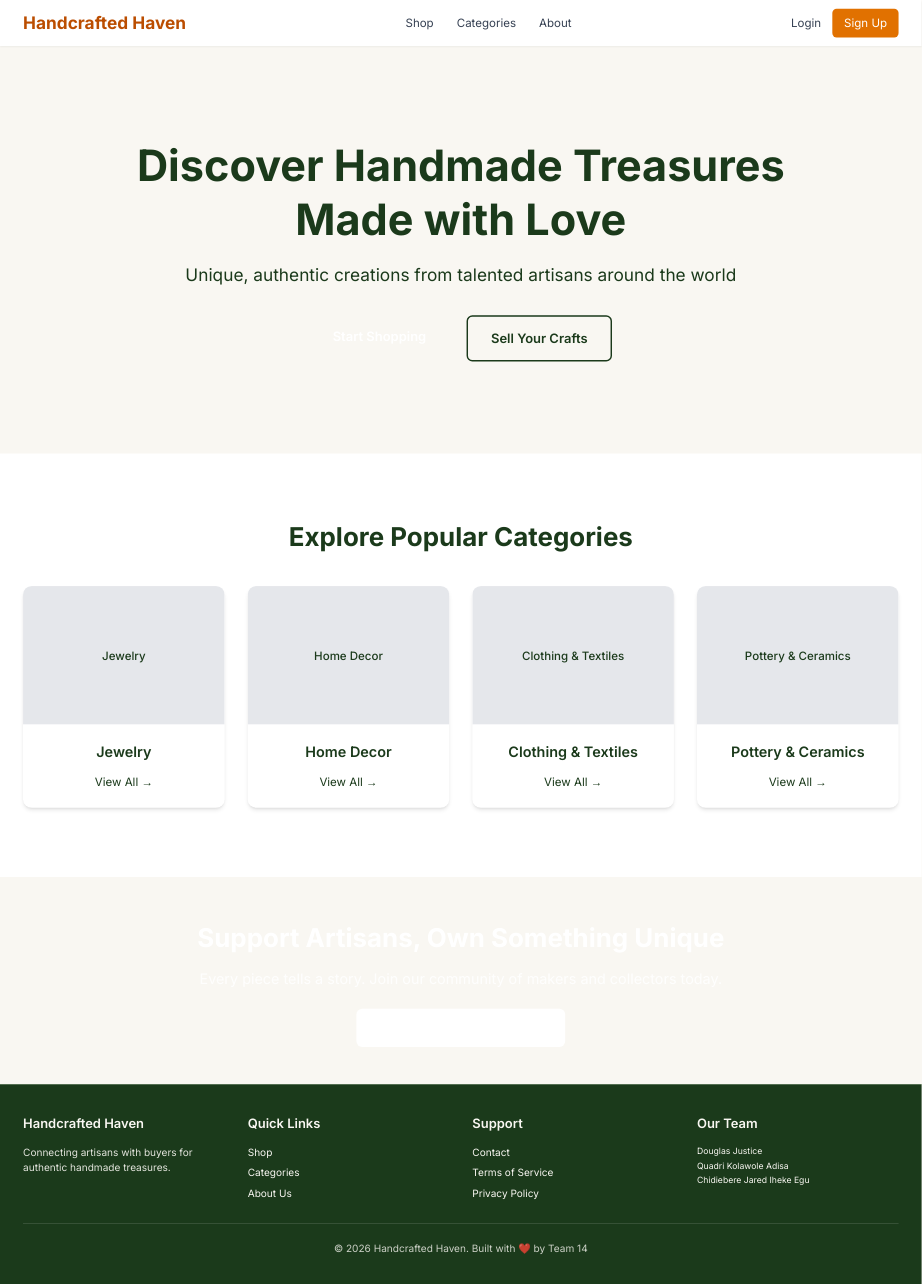
Repository: kobbybhills/handcrafted-haven
Page: /
The author's editor kept a copy of each file at every save. The page is drawn from the files as they stood at one save, then again after the next save.
The browser window is 1280 px wide. The pictures show the whole page, at 72% of full size.
The project was rebuilt for these pictures with package versions that can differ from the ones it lists, and the page was loaded fresh each time. The framework's server and built-in components were replaced by stand-ins that run in the browser. Also part of the build but not shown: next.config.ts.

Above is the page before, as saved 2026-03-26 15:59:19.

### src/app/page.tsx
import "./globals.css";
import Image from "next/image";

export default function Home() {
  return (
    <main className="min-h-screen bg-haven-cream">
      {/* Hero Section */}
      <section className="relative bg-gradient-to-br from-haven-cream via-haven-cream to-haven-green/10 py-20 md:py-32">
        <div className="max-w-7xl mx-auto px-4 sm:px-6 lg:px-8 text-center">
          <h1 className="text-4xl md:text-6xl font-bold text-haven-dark-green mb-6 leading-tight">
            Discover Handmade Treasures <br />
            Made with Love
          </h1>
          <p className="text-xl md:text-2xl text-haven-terracotta mb-10 max-w-3xl mx-auto">
            Unique, authentic creations from talented artisans around the world
          </p>

          <div className="flex flex-col sm:flex-row justify-center gap-6">
            <a
              href="/shop"
              className="bg-haven-terracotta text-white px-8 py-4 rounded-lg font-semibold text-lg hover:bg-haven-terracotta/90 transition"
            >
              Start Shopping
            </a>
            <a
              href="/sell"
              className="bg-transparent border-2 border-haven-dark-green text-haven-dark-green px-8 py-4 rounded-lg font-semibold text-lg hover:bg-haven-dark-green hover:text-white transition"
            >
              Sell Your Crafts
            </a>
          </div>
        </div>
      </section>

      {/* Featured Categories (placeholder cards) */}
      <section className="py-16 md:py-24 bg-white">
        <div className="max-w-7xl mx-auto px-4 sm:px-6 lg:px-8">
          <h2 className="text-3xl md:text-4xl font-bold text-center text-haven-dark-green mb-12">
            Explore Popular Categories
          </h2>

          <div className="grid grid-cols-1 sm:grid-cols-2 lg:grid-cols-4 gap-8">
            {[
              { name: "Jewelry", img: "/categories/jewelry.jpg" },
              { name: "Home Decor", img: "/categories/decor.jpg" },
              { name: "Clothing & Textiles", img: "/categories/textiles.jpg" },
              { name: "Pottery & Ceramics", img: "/categories/pottery.jpg" },
            ].map((cat) => (
              <div
                key={cat.name}
                className="group bg-haven-cream rounded-xl overflow-hidden shadow-md hover:shadow-xl transition"
              >
                <div className="h-48 bg-gray-200 flex items-center justify-center">
                  {/* Placeholder – replace with real images later */}
                  <p className="text-haven-dark-green font-medium">
                    {cat.name}
                  </p>
                </div>
                <div className="p-6 text-center">
                  <h3 className="text-xl font-semibold text-haven-dark-green group-hover:text-haven-terracotta">
                    {cat.name}
                  </h3>
                  <a
                    href={`/categories/${cat.name.toLowerCase().replace(" ", "-")}`}
                    className="mt-4 inline-block text-haven-green hover:text-haven-terracotta"
                  >
                    View All →
                  </a>
                </div>
              </div>
            ))}
          </div>
        </div>
      </section>

      {/* Call to Action / Mission Snippet */}
      <section className="py-16 bg-haven-dark-green text-white text-center">
        <div className="max-w-4xl mx-auto px-4">
          <h2 className="text-3xl md:text-4xl font-bold mb-6">
            Support Artisans, Own Something Unique
          </h2>
          <p className="text-lg md:text-xl mb-10 opacity-90">
            Every piece tells a story. Join our community of makers and
            collectors today.
          </p>
          <a
            href="/register"
            className="bg-white text-haven-dark-green px-10 py-4 rounded-lg font-semibold text-lg hover:bg-gray-100 transition"
          >
            Join Handcrafted Haven
          </a>
        </div>
      </section>
    </main>
  );
}

### src/app/globals.css

@import "tailwindcss";

:root {
  /* Handcrafted Haven Brand Colors */
  --haven-green: #2D5A27;
  --haven-terracotta: #CC7351;
  --haven-cream: #F9F7F2;
  --haven-dark-green: #1B3A1B;

  /* Default Page Styling */
  --background: var(--haven-cream);
  --foreground: var(--haven-dark-green);
}

/* This maps my variables so I can use 'bg-haven-green' in my HTML */
:root {
  --color-haven-green: var(--haven-green);
  --color-haven-terracotta: var(--haven-terracotta);
  --color-haven-cream: var(--haven-cream);
  --color-haven-dark-green: var(--haven-dark-green);

  /* Keep these for standard Next.js fonts */
  --font-sans: var(--font-geist-sans);
  --font-mono: var(--font-geist-mono);
}

/* Applying the theme to the entire site */
body {
  background: var(--background);
  color: var(--foreground);
  font-family: Arial, Helvetica, sans-serif;
  margin: 0;
}

Loaded but not shown: src/app/layout.tsx (common file)

After the next save:
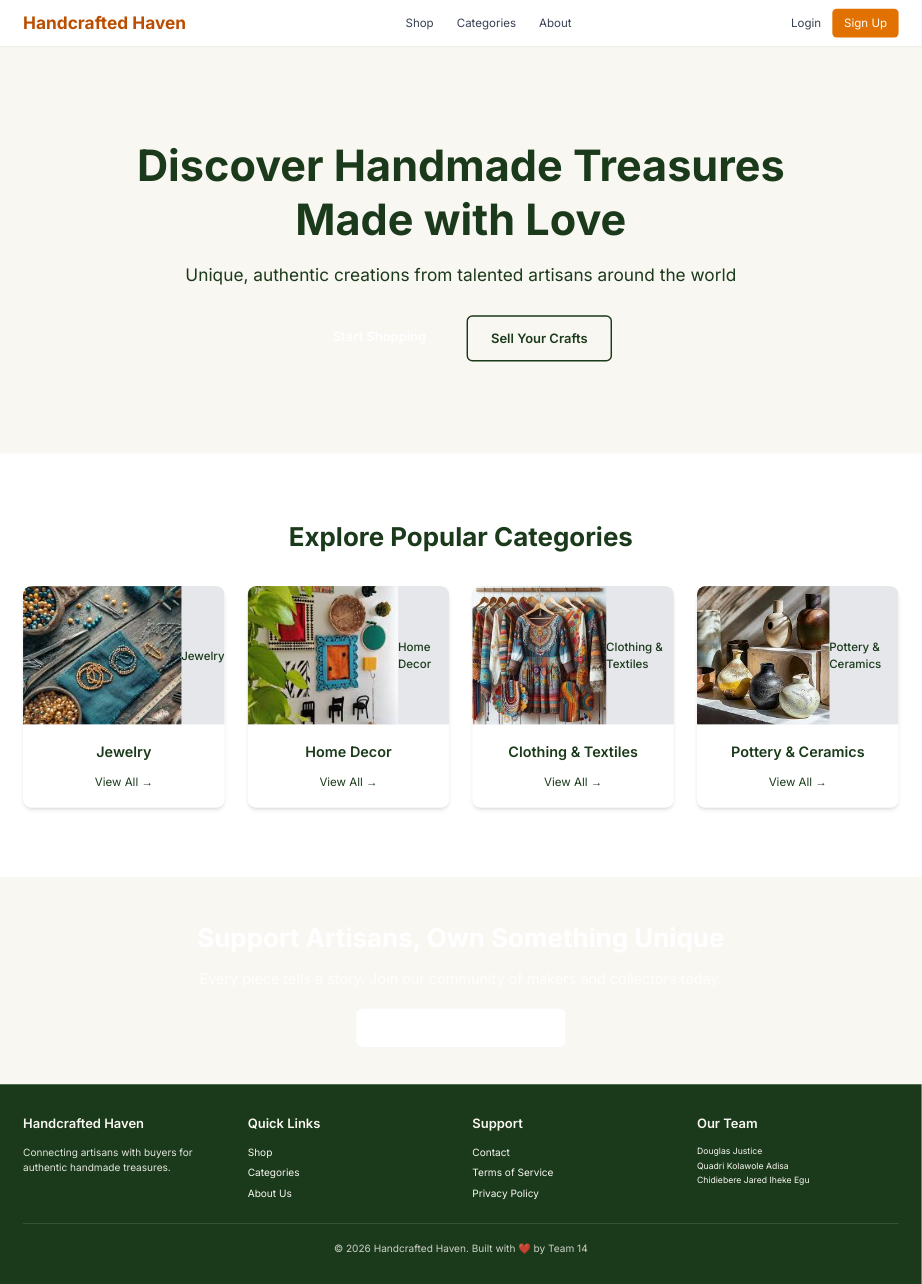
Saved 2 min 8 s later.
--- a/src/app/page.tsx
+++ b/src/app/page.tsx
@@ -51,7 +51,15 @@ export default function Home() {
                 className="group bg-haven-cream rounded-xl overflow-hidden shadow-md hover:shadow-xl transition"
               >
                 <div className="h-48 bg-gray-200 flex items-center justify-center">
-                  {/* Placeholder – replace with real images later */}
+                  <div className="h-48 w-full relative">
+                    <Image
+                      src={cat.img} // dynamic from the array
+                      alt={cat.name}
+                      fill
+                      style={{ objectFit: "cover" }}
+                      className="group-hover:scale-105 transition-transform duration-300"
+                    />
+                  </div>
                   <p className="text-haven-dark-green font-medium">
                     {cat.name}
                   </p>
